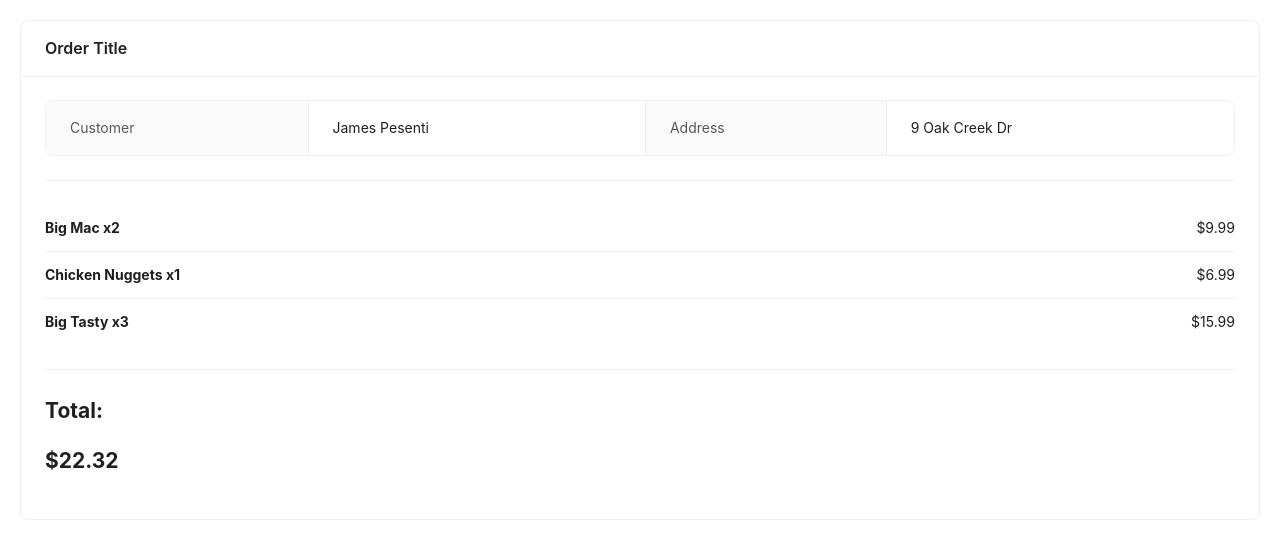
Repository: JamesPesenti/UberEatsDashboard
Page: /
An editor plug-in stored every save of this project. The page is shown before and after the next save, followed by the edit.
The browser window is 1280 px wide. The pictures show the whole page.
The project was rebuilt for these pictures with package versions that can differ from the ones it lists, and the page was loaded fresh each time.

Above is the page before, as saved 2023-02-24 15:51:12.

After the next save:
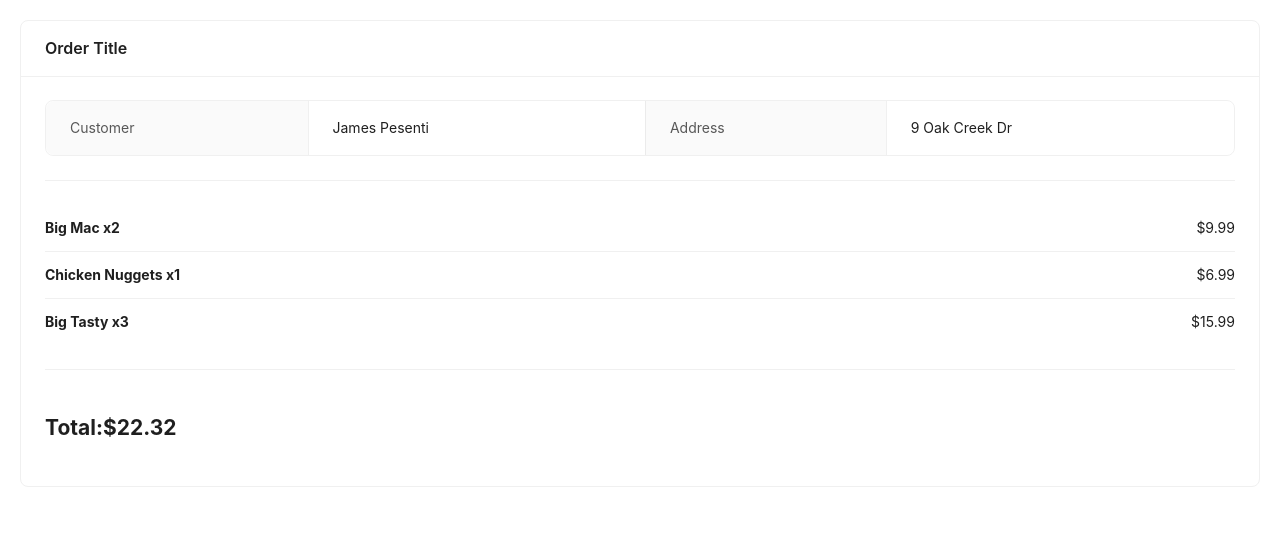
Saved 15 s later.
--- a/src/App.js
+++ b/src/App.js
@@ -21,7 +21,7 @@
           )}
         />
         <Divider />
-        <div>
+        <div style={styles. totalContainer}>
           <h2>Total: </h2>
           <h2>$22.32 </h2>
         </div>

After the 2 saves that followed:
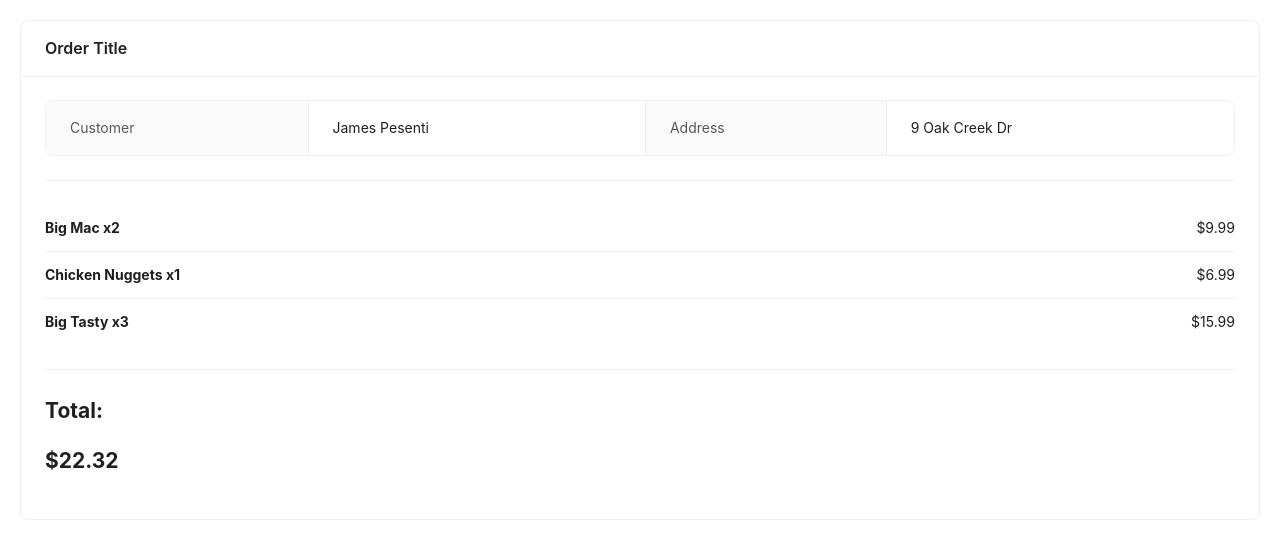
The 2 saves are shown as one change because 1 left the picture as it was.
The last was saved 19 s later.
--- a/src/App.js
+++ b/src/App.js
@@ -21,7 +21,7 @@
           )}
         />
         <Divider />
-        <div style={styles. totalContainer}>
+        <div>
           <h2>Total: </h2>
           <h2>$22.32 </h2>
         </div>
